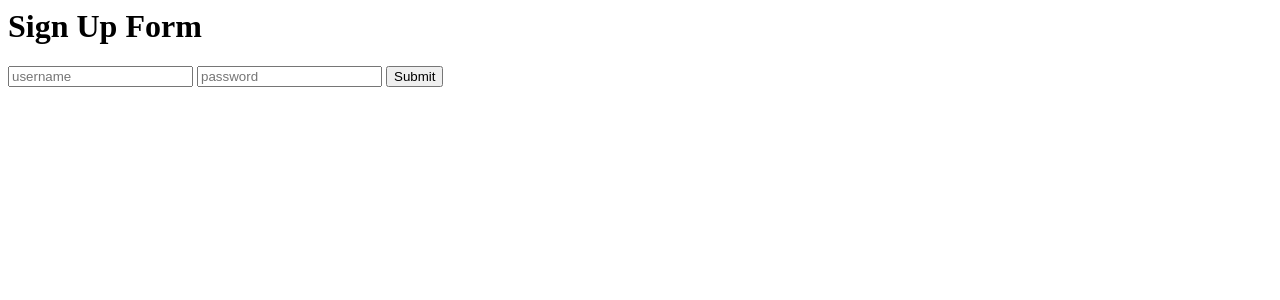
Repository: Bhitt/Cloud9_Projects
Page: http://localhost/register
The author's editor kept a record of every edit. The page is drawn from the files as they stood at one moment, then again after the next edit.
The browser window is 1280 px wide. The pictures show the whole page.
The page is served by the project's Node server (Authentication/AuthDemo/app.js). Other server files are loaded and not shown.

Above is the page before.

### webdevbootcamp/workspace/Authentication/AuthDemo/views/register.ejs
<h1>Sign Up Form</h1>

<form action="/register" method="POST">
    <input type="text" name="username" placeholder="username">
    <input type="password" name="password" placeholder="password">
    <button type="submit">Submit</button>
</form>

### webdevbootcamp/workspace/Authentication/AuthDemo/app.js
var express                 = require("express"),
    mongoose                = require("mongoose"),
    passport                = require("passport"),
    bodyParser              = require("body-parser"),
    User                    = require("./models/user"),
    LocalStrategy           = require("passport-local"),
    passportLocalMongoose   = require("passport-local-mongoose");


mongoose.connect("mongodb://localhost/auth_demo_app");


var app = express();
app.set('view engine', 'ejs');
app.use(bodyParser.urlencoded({extended: true}));

app.use(require("express-session")({
    secret: "A lion doesn't concern himself with the opinions of the sheep",
    resave: false,
    saveUninitialized: false
}));
app.use(passport.initialize());
app.use(passport.session());

passport.use(new LocalStrategy(User.authenticate()));
passport.serializeUser(User.serializeUser());
passport.deserializeUser(User.deserializeUser());

//=========================
// ROUTES
//=========================

app.get("/", function(req, res){
   res.render("home");
});

app.get("/secret", function(req,res){
   res.render("secret");
});

// AUTH ROUTES

//show sign up form
app.get("/register", function(req,res){
   res.render("register");
});
//handling user signup
app.post("/register", function(req, res){
    User.register(new User({username:req.body.username}), req.body.password, function(err, user){
       if(err){
           console.log(err);
           res.render("register");
       }
       passport.authenticate("local")(req, res, function(){
          res.redirect('/secret');
       });
    });
});

// LOGIN ROUTES

//render login form
app.get("/login", function(req, res){
   res.render("login");
});

app.post("/login",passport.authenticate("local" ,{
    successRedirect: "/secret",
    failureRedirect: "/login"
}) ,function(req, res){
    //empty callback for now
});

app.get("/logout", function(req,res){
   req.logout();
   res.redirect("/");
});

function isLoggedIn(req, res, next){
    if(req.isAuthenticated()){
        return next();
    }
    res.redirect("/login");
}

app.listen(process.env.PORT, process.env.IP, function(){
    console.log("server started...");
});

After the next edit:
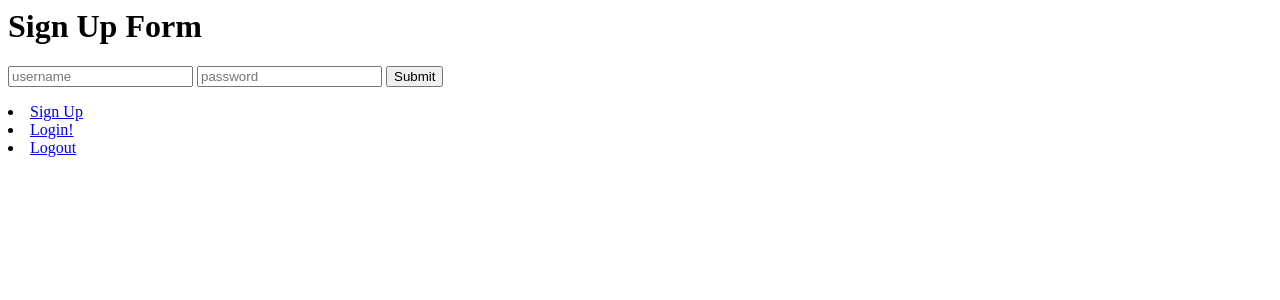
The edit:
--- a/webdevbootcamp/workspace/Authentication/AuthDemo/views/register.ejs
+++ b/webdevbootcamp/workspace/Authentication/AuthDemo/views/register.ejs
@@ -5,3 +5,7 @@
     <input type="password" name="password" placeholder="password">
     <button type="submit">Submit</button>
 </form>
+
+<li><a href="/register">Sign Up</a></li>
+<li><a href="/login">Login!</a></li>
+<li><a href="/logout">Logout</a></li>
